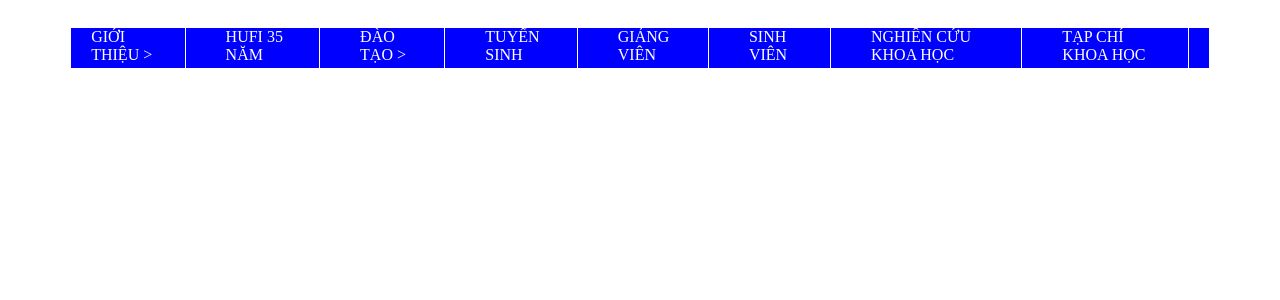
Repository: Tan-Khang21/TH_TKW--Buoi_08
Page: Bai_Tap_Tren_Lop/Bai_03/Bai_03.html
These files come from the project's save history. The page is drawn as it stood at one moment and after the next save; the edit follows.
The browser window is 1280 px wide. The pictures show the whole page.

Above is the page before, as saved 2024-03-13 20:27:43.

### Bai_Tap_Tren_Lop/Bai_03/Bai_03.html
<!DOCTYPE html>
<html lang="en">
  <head>
    <meta charset="UTF-8" />
    <meta name="viewport" content="width=device-width, initial-scale=1.0" />
    <title>Document</title>
  </head>
  <link rel="stylesheet" href="style.css" />
  <body>
    <nav>
      <ul class="list1">
        <li class="list1_item"><a href="#">GIỚI THIỆU ></a></li>
        <li style="display: flex" class="list1_item">
          <a href="#">HUFI 35 NĂM </a>
          <!-- <ul style="display: flex; flex-direction: column" class="list2">
            <li class="list2_item"><a href="#">Sinh viên Hufi</a></li>
            <li style="display: flex" class="list2_item">
              <a href="#"> Sinh viên CNTT</a>
              <ul style="display: flex; flex-direction: column" class="list3">
                <li class="list3_item"><a href="#">Khóa 09DHTH</a></li>
                <li class="list3_item"><a href="#">Khóa 10DHTH</a></li>
              </ul>
            </li>
          </ul> -->
        </li>
        <li style="display: flex" class="list1_item">
          <a href="#"> ĐÀO TẠO ></a>
          <!-- <ul style="display: flex; flex-direction: column" class="list2">
            <li class="list2_item"><a href="#">Học vụ</a></li>
            <li class="list2_item"><a href="#">Điểm rèn luyện</a></li>
            <li class="list2_item"><a href="#">Đoàn thể</a></li>
            <li class="list2_item"><a href="#">Sinh hoạt ngoại khóa</a></li>
          </ul> -->
        </li>
        <li class="list1_item">
          <a href="#"> TUYỂN SINH</a>
        </li>

        <li class="list1_item">
          <a href="#">GIẢNG VIÊN</a>
        </li>
        <li class="list1_item">
          <a href="#">SINH VIÊN </a>
        </li>
        <li class="list1_item">
          <a href="#">NGHIÊN CỨU KHOA HỌC</a>
        </li>
        <li class="list1_item">
          <a href="#">TẠP CHÍ KHOA HỌC</a>
        </li>
      </ul>
    </nav>
  </body>
</html>

### Bai_Tap_Tren_Lop/Bai_03/style.css
* {
  box-sizing: border-box;
}
nav {
  display: flex;
  justify-content: center;
}
ul {
  list-style: none;
  padding: 0;
}
.list1 {
  display: flex;
  width: 90%;
  background-color: #00f;
  margin: 20px auto;
  justify-content: space-between;
}
.list1_item {
  border-right: 1px solid white;
  padding-right: 30px;
  margin: 0 20px;
  height: 40px;
}
a {
  text-decoration: none;
  color: white;
  text-transform: uppercase;
}

After the next save:
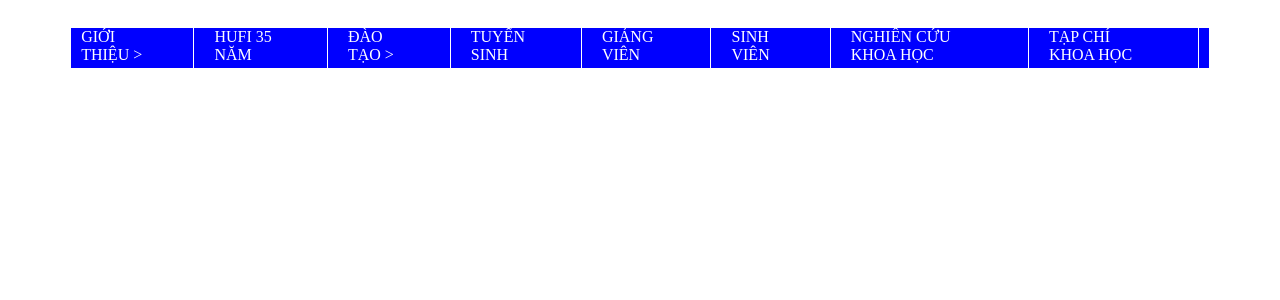
Saved 7 s later.
--- a/Bai_Tap_Tren_Lop/Bai_03/style.css
+++ b/Bai_Tap_Tren_Lop/Bai_03/style.css
@@ -18,8 +18,8 @@ ul {
 }
 .list1_item {
   border-right: 1px solid white;
-  padding-right: 30px;
-  margin: 0 20px;
+  padding-right: 40px;
+  margin: 0 10px;
   height: 40px;
 }
 a {
